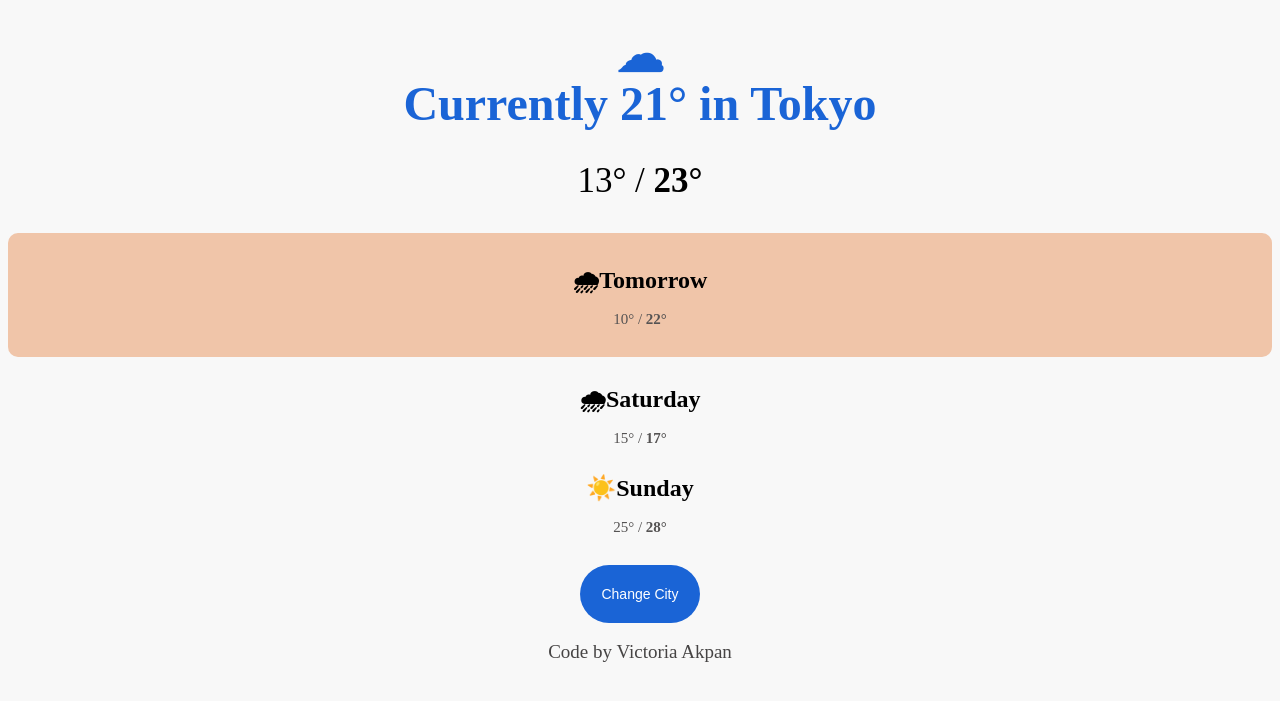
Repository: VickyJacob23/SheCode
Page: firstCode/weatherAppHomeWork.html
The author's editor kept a copy of each file at every save. The page is drawn from the files as they stood at one save, then again after the next save.
The browser window is 1280 px wide. The pictures show the whole page.
The pointer rests on the first visible `section`.

Above is the page before, as saved 2024-08-27 13:45:52.

### firstCode/weatherAppHomeWork.html
<!DOCTYPE html>
<html lang="en">
  <head>
    <meta charset="UTF-8" />
    <meta name="viewport" content="width=device-width, initial-scale=1.0" />
    <title>Demo WeatherAPP</title>

    <style>
      body {
        background-color: #f8f8f8;
      }
      h1 {
        color: #1a64d6;
        font-size: 48px;
        font-weight: 700;
      }

      span{
        font-weight: 700;
      }
      button {
        background-color: #1a64d6;
        color: #fff;
        font-size: 14px;
        font-weight: 500;
        border: none;
        outline: none;
        padding: 1.5em;
        border-radius: 30px;
        transition: all 500ms ease-in-out;
      }
      button:hover {
        background-color: #fff;
        color: #1a64d6;
        border: 1px solid #1a64d6;
        cursor: pointer;
      }
      .container {
        margin: auto;
        text-align: center;
        line-height:1;
        }
      .days {
        margin-bottom: 30px;
      }

      .gray{
        font-size: 15px;
        color:#555353
      }
       section:hover{
        background-color:rgb(240, 197, 169);
        cursor: pointer;
        padding: 15px;
        border-radius: 10px;
        transition: all 0.3s ease-in-out;
      }

      #bold {
        font-size: 35px;
      }
      #author {
        font-size: 19px;
        color: #464444;
      }
    </style>
  </head>
  <body>
    <div class="container">
      <h1><div>☁ </div> Currently 21° in Tokyo</h1>
      <p id="bold">13° / <span>23°</span></p>

      <section class="days">
        <h2>🌧Tomorrow</h2>
        <p class="gray">10° / <span>22°</span></p>
      </section>

      <section class="days">
        <h2>🌧Saturday</h2>
        <p class="gray">15° / <span>17°</span></p>
      </section>

      <section class="days">
        <h2> ☀️Sunday</h2>
        <p class="gray">25° / <span>28°</span></p>
      </section>

       <button>Change City</button>

      <p id="author">Code by Victoria Akpan</p>
    </div>
  </body>
</html>

After the next save:
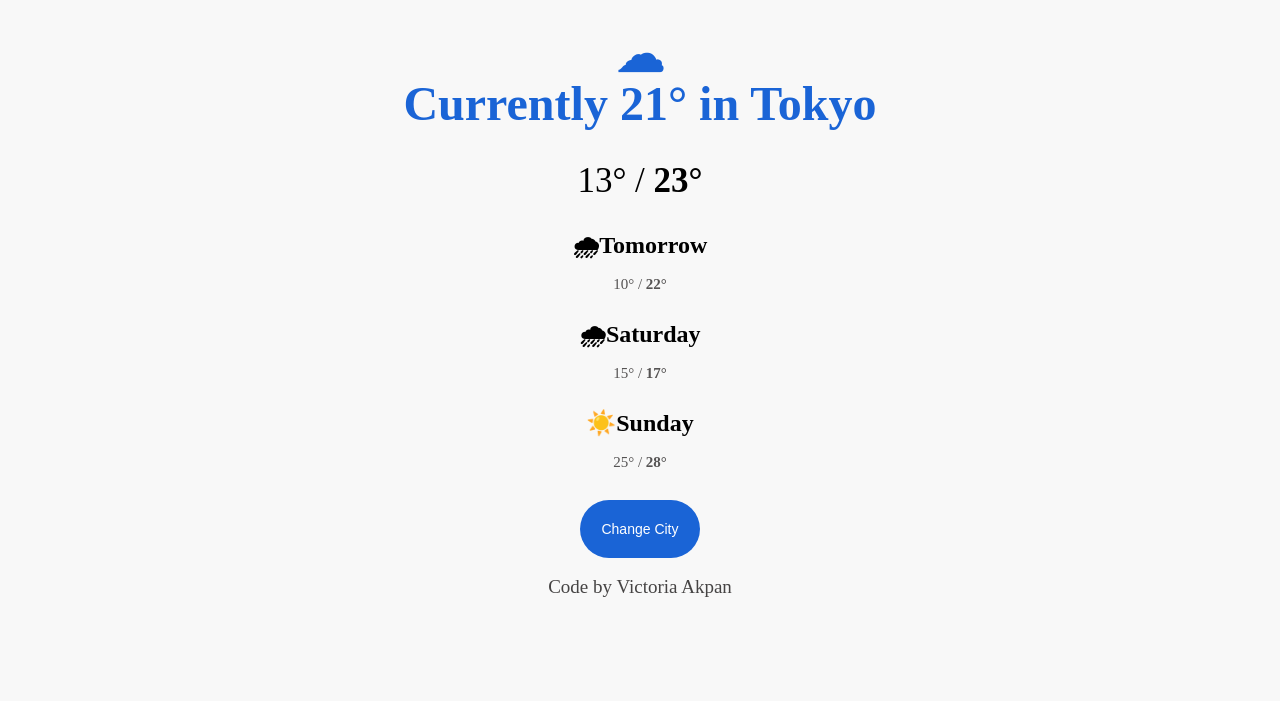
Saved 14 s later.
--- a/firstCode/weatherAppHomeWork.html
+++ b/firstCode/weatherAppHomeWork.html
@@ -48,13 +48,6 @@
         font-size: 15px;
         color:#555353
       }
-       section:hover{
-        background-color:rgb(240, 197, 169);
-        cursor: pointer;
-        padding: 15px;
-        border-radius: 10px;
-        transition: all 0.3s ease-in-out;
-      }
 
       #bold {
         font-size: 35px;
